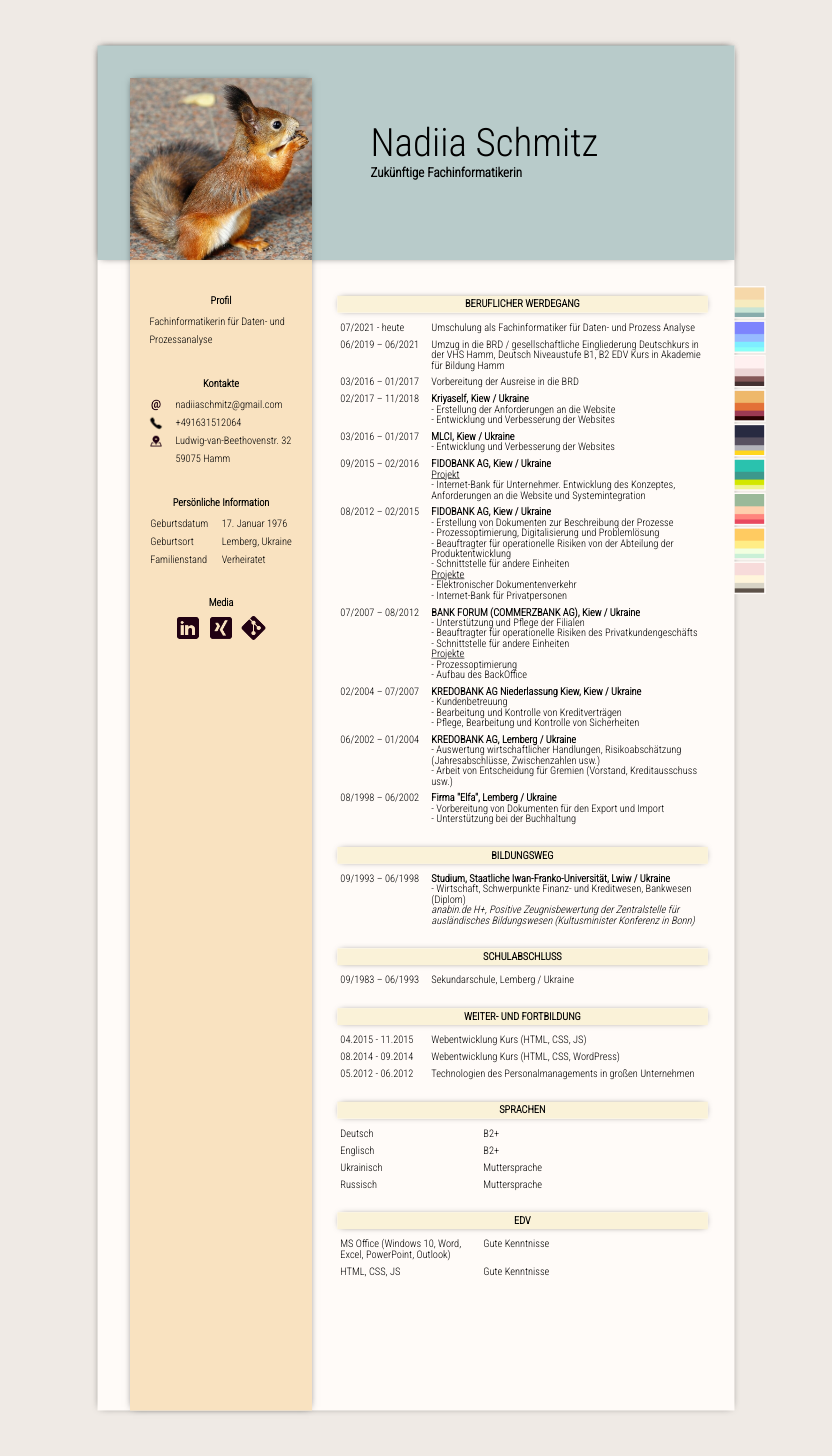
Repository: NadiaSchmitz/lebenslauf.nschmitz.githab.io
Page: index.html
The author's editor kept a record of every edit. The page is drawn from the files as they stood at one moment, then again after the next edit.
The browser window is 1280 px wide. The pictures show the whole page, at 65% of full size.

Above is the page before.

### index.html
<!DOCTYPE html>
<html>

<head>
  <meta charset="utf-8" />
  <title>Lebenslauf Nadiia Schmitz</title>
  <link rel="stylesheet" href="./styles/reset.css" type="text/css" />
  <link rel="stylesheet" href="./styles/style.css" type="text/css" />
  <link rel="stylesheet" href="./styles/icons.css" type="text/css" />
  <meta name="viewport" content="width=device-width, initial-scale=1.0">
  <link rel="preconnect" href="https://fonts.googleapis.com">
  <link rel="preconnect" href="https://fonts.gstatic.com" crossorigin>
  <link href="https://fonts.googleapis.com/css2?family=Roboto+Condensed:wght@300&display=swap" rel="stylesheet">
  <link rel="shortcut icon" href="images/favicon.png" type="image/x-icon">
  <script src="https://ajax.googleapis.com/ajax/libs/jquery/2.2.0/jquery.min.js"></script>
  <script type="text/javascript" src="./js/colors.js"></script>
</head>

<body>
  <section class="wrapper">
    <section class="inner_wrapper">
      <div class="content_wrapper">
        <header class="header">
          <div class="header_text">
            <h1>Nadiia Schmitz</h1>
            <h2>Zukünftige Fachinformatikerin</h2>
          </div>
        </header>
        <div class="color_schema_buttons_wrapper">
          <div id="pistachios" class="color_schema_button pistachios" title="pistachios"></div>
          <div id="sea" class="color_schema_button sea" title="sea"></div>
          <div id="cappuchino" class="color_schema_button cappuchino" title="cappuchino"></div>
          <div id="autumn" class="color_schema_button autumn" title="autumn"></div>
          <div id="bvb" class="color_schema_button bvb" title="bvb"></div>
          <div id="lime" class="color_schema_button lime" title="lime"></div>
          <div id="summer" class="color_schema_button summer" title="summer"></div>
          <div id="sun" class="color_schema_button sun" title="sun"></div>
          <div id="pastel" class="color_schema_button pastel" title="pastel"></div>
        </div>
        <div class="lebenslauf_wrapper">
          <div class="sidebar sidebar_left">
            <div class="sidebar_foto"></div>
            <div class="sidebar_content">
              <div class="sidebar_content_item profile">
                <h3>Profil</h3>
                <table>
                  <tr>
                    <td col="2">Fachinformatikerin für Daten- und Prozessanalyse</td>
                  </tr>
                </table>
              </div>
              <div class="sidebar_content_item contacts">
                <h3>Kontakte</h3>
                <table>
                  <tr>
                    <td>
                      <span class="sidebar_content_item_icon contacts_email"></span>
                    </td>
                    <td>nadiiaschmitz@gmail.com</td>
                  </tr>
                  <tr>
                    <td>
                      <span class="sidebar_content_item_icon contacts_phone"></span>
                    </td>
                    <td>+491631512064</td>
                  </tr>
                  <tr>
                    <td>
                      <span class="sidebar_content_item_icon contacts_adress"></span>
                    </td>
                    <td>Ludwig-van-Beethovenstr. 32 59075 Hamm</td>
                  </tr>
                </table>
              </div>
              <div class="sidebar_content_item personal">
                <h3>Persönliche Information</h3>
                <table>
                  <tr>
                    <td>Geburtsdatum</td>
                    <td>17. Januar 1976</td>
                  </tr>
                  <tr>
                    <td>Geburtsort</td>
                    <td>Lemberg, Ukraine</td>
                  </tr>
                  <tr>
                    <td>Familienstand</td>
                    <td>Verheiratet</td>
                  </tr>
                </table>
              </div>
              <div class="sidebar_content_item social">
                <h3>Media</h3>
                <table>
                  <tr>
                    <td><a href="https://www.linkedin.com/in/nadiia-schmitz-93491722" class="linkedin" target="_blank"></a></td>
                    <td><a href="https://www.xing.com/profile/Nadiia_Schmitz3" class="xing" target="_blank"></a></td>
                    <td><a href="https://github.com/NadiaSchmitz" class="git" target="_blank"></a></td>
                  </tr>
                </table>
              </div>
            </div>
          </div>
          <div class="sidebar sidebar_right">
            <div class="sidebar_right_content">
              <div class="sidebar_right_content_item">
                <h4>BERUFLICHER WERDEGANG</h4>
                <table>
                  <tr>
                    <td>07/2021 - heute</td>
                    <td>Umschulung als Fachinformatiker für Daten- und Prozess Analyse</td>
                  </tr>
                  <tr>
                    <td>06/2019 – 06/2021</td>
                    <td>Umzug in die BRD / gesellschaftliche Eingliederung Deutschkurs in der VHS Hamm, Deutsch Niveaustufe B1, B2 EDV Kurs in Akademie für Bildung Hamm
                    </td>
                  </tr>
                  <tr>
                    <td>03/2016 – 01/2017</td>
                    <td>Vorbereitung der Ausreise in die BRD</td>
                  </tr>
                  <tr>
                    <td>02/2017 – 11/2018</td>
                    <td>
                      <span class="employer">Kriyaself, Kiew / Ukraine</span>
                      <ul>
                        <li>- Erstellung der Anforderungen an die Website</li>
                        <li>- Entwicklung und Verbesserung der Websites</li>
                      </ul>
                    </td>
                  </tr>
                  <tr>
                    <td>03/2016 – 01/2017</td>
                    <td>
                      <span class="employer">MLCI, Kiew / Ukraine</span>
                      <ul>
                        <li>- Entwicklung und Verbesserung der Websites</li>
                      </ul>
                    </td>
                  </tr>
                  <tr>
                    <td>09/2015 – 02/2016</td>
                    <td>
                      <span class="employer">FIDOBANK AG, Kiew / Ukraine</span>
                      <ul>
                        <span class="project">Projekt</span>
                        <li>- Internet-Bank für Unternehmer. Entwicklung des Konzeptes, Anforderungen an die Website und Systemintegration</li>
                      </ul>
                    </td>
                  </tr>
                  <tr>
                    <td>08/2012 – 02/2015</td>
                    <td>
                      <span class="employer">FIDOBANK AG, Kiew / Ukraine</span>
                      <ul>
                        <li>-	Erstellung von Dokumenten zur Beschreibung der Prozesse</li>
                        <li>-	Prozessoptimierung, Digitalisierung und Problemlösung</li>
                        <li>-	Beauftragter für operationelle Risiken von der Abteilung der Produktentwicklung </li>
                        <li>-	Schnittstelle für andere Einheiten</li>
                        <span class="project">Projekte</span>
                        <li>-	Elektronischer Dokumentenverkehr</li>
                        <li>-	Internet-Bank für Privatpersonen</li>
                      </ul>
                    </td>
                  </tr>
                  <tr>
                    <td>07/2007 – 08/2012</td>
                    <td>
                      <span class="employer">BANK FORUM (COMMERZBANK AG), Kiew / Ukraine</span>
                      <ul>
                        <li>-	Unterstützung und Pflege der Filialen</li>
                        <li>-	Beauftragter für operationelle Risiken des Privatkundengeschäfts</li>
                        <li>-	Schnittstelle für andere Einheiten  </li>
                        <span class="project">Projekte</span>
                        <li>-	Prozessoptimierung</li>
                        <li>-	Aufbau des BackOffice</li>
                      </ul>
                    </td>
                  </tr>
                  <tr>
                    <td>02/2004 – 07/2007</td>
                    <td>
                      <span class="employer">KREDOBANK AG Niederlassung Kiew, Kiew / Ukraine</span>
                      <ul>
                        <li>-	Kundenbetreuung</li>
                        <li>-	Bearbeitung und Kontrolle von Kreditverträgen</li>
                        <li>-	Pflege, Bearbeitung und Kontrolle von Sicherheiten</li>
                      </ul>
                    </td>
                  </tr>
                  <tr>
                    <td>06/2002 – 01/2004</td>
                    <td>
                      <span class="employer">KREDOBANK AG, Lemberg / Ukraine</span>
                      <ul>
                        <li>-	Auswertung wirtschaftlicher Handlungen, Risikoabschätzung (Jahresabschlüsse, Zwischenzahlen usw.)</li>
                        <li>-	Arbeit von Entscheidung für Gremien (Vorstand, Kreditausschuss usw.)</li>
                      </ul>
                    </td>
                  </tr>
                  <tr>
                    <td>08/1998 – 06/2002</td>
                    <td>
                      <span class="employer">Firma "Elfa", Lemberg / Ukraine</span>
                      <ul>
                        <li>-	Vorbereitung von Dokumenten für den Export und Import</li>
                        <li>-	Unterstützung bei der Buchhaltung</li>
                      </ul>
                    </td>
                  </tr>
                </table>
              </div>
              <div class="sidebar_right_content_item">
                <h4>BILDUNGSWEG</h4>
                <table>
                  <tr>
                    <td>09/1993 – 06/1998</td>
                    <td>
                      <span class="employer">Studium, Staatliche Iwan-Franko-Universität, Lwiw / Ukraine</span>
                      <ul>
                        <li>- Wirtschaft, Schwerpunkte Finanz- und Kreditwesen, Bankwesen (Diplom)</li>
                        <li class="addition">anabin.de H+, Positive Zeugnisbewertung der Zentralstelle für ausländisches Bildungswesen (Kultusminister Konferenz in Bonn)</li>
                      </ul>
                    </td>
                  </tr>
                </table>
              </div>
              <div class="sidebar_right_content_item">
                <h4>SCHULABSCHLUSS</h4>
                <table>
                  <tr>
                    <td>09/1983 – 06/1993</td>
                    <td>Sekundarschule, Lemberg / Ukraine</td>
                  </tr>
                </table>
              </div>
              <div class="sidebar_right_content_item">
                <h4>WEITER- UND FORTBILDUNG</h4>
                <table>
                  <tr>
                    <td>04.2015 - 11.2015</td>
                    <td>Webentwicklung Kurs (HTML, CSS, JS)</td>
                  </tr>
                  <tr>
                    <td>08.2014 - 09.2014</td>
                    <td>Webentwicklung Kurs (HTML, CSS, WordPress)</td>
                  </tr>
                  <tr>
                    <td>05.2012 - 06.2012</td>
                    <td>Technologien des Personalmanagements in großen Unternehmen</td>
                  </tr>
                </table>
              </div>
              <div class="sidebar_right_content_item lang">
                <h4>SPRACHEN</h4>
                <table>
                  <tr>
                    <td>Deutsch</td>
                    <td>B2+</td>
                  </tr>
                  <tr>
                    <td>Englisch</td>
                    <td>B2+</td>
                  </tr>
                  <tr>
                    <td>Ukrainisch</td>
                    <td>Muttersprache</td>
                  </tr>
                  <tr>
                    <td>Russisch</td>
                    <td>Muttersprache</td>
                  </tr>
                </table>
              </div>
              <div class="sidebar_right_content_item edv">
                <h4>EDV</h4>
                <table>
                  <tr>
                    <td>MS Office (Windows 10, Word, Excel, PowerPoint, Outlook)</td>
                    <td>Gute Kenntnisse</td>
                  </tr>
                  <tr>
                    <td>HTML, CSS, JS</td>
                    <td>Gute Kenntnisse</td>
                  </tr>
                </table>
              </div>
            </div>
          </div>
        </div>
      </div>
    </section>
  </section>
</body>

</html>

### styles/reset.css
html, body, div, span, applet, object, iframe,
h1, h2, h3, h4, h5, h6, p, blockquote, pre,
a, abbr, acronym, address, big, cite, code,
del, dfn, em, img, ins, kbd, q, s, samp,
small, strike, strong, sub, sup, tt, var,
b, u, i, center,
dl, dt, dd, ol, ul, li,
fieldset, form, label, legend,
table, caption, tbody, tfoot, thead, tr, th, td,
article, aside, canvas, details, embed,
figure, figcaption, footer, header, hgroup,
menu, nav, output, ruby, section, summary,
time, mark, audio, video {
	margin: 0;
	padding: 0;
	box-sizing: border-box;
	border: 0;
	font-size: 100%;
	font: inherit;
	vertical-align: baseline;
}
/* HTML5 display-role reset for older browsers */
article, aside, details, figcaption, figure,
footer, header, hgroup, menu, nav, section {
	display: block;
}
body {
	line-height: 1;
}
ol, ul {
	list-style: none;
}
blockquote, q {
	quotes: none;
}
blockquote:before, blockquote:after,
q:before, q:after {
	content: '';
	content: none;
}
table {
	border-collapse: collapse;
	border-spacing: 0;
}

### styles/style.css
html {
  font-family: 'Roboto Condensed', sans-serif;
  background-color: #efeae5;
}

.wrapper {}

.inner_wrapper {
  width: 980px;
  margin: 70px auto;
}

@media only screen and (max-width: 1080px) {
  .inner_wrapper {
    width: 900px;
    margin: 30px auto;
  }
}

@media only screen and (max-width: 900px) {
  .inner_wrapper {
    width: 100%;
    margin: 0;
  }
}

.content_wrapper {
  position: relative;
  background-color: #fffbf8;
  -webkit-box-shadow: 0px 0px 12px -5px rgba(0, 0, 0, 0.75);
  -moz-box-shadow: 0px 0px 12px -5px rgba(0, 0, 0, 0.75);
  box-shadow: 0px 0px 12px -5px rgba(0, 0, 0, 0.75);
}

.header {
  height: 330px;
  background-color: rgb(135 170 170 / 59%);
  -webkit-box-shadow: 0px 0px 12px -5px rgba(0, 0, 0, 0.75);
  -moz-box-shadow: 0px 0px 12px -5px rgba(0, 0, 0, 0.75);
  box-shadow: 0px 0px 12px -5px rgba(0, 0, 0, 0.75);
}

@media only screen and (max-width: 1080px) {
  .header {
    height: 280px;
  }
}

@media only screen and (max-width: 900px) {
  .header {
    height: 580px;
    padding: 60px 0 0 0;
  }
}

@media only screen and (max-width: 480px) {
  .header {
    padding: 70px 0 0 0;
  }
}

.header_text {
  margin: 0 0 0 420px;
  padding: 120px 0 0 0;
}

@media only screen and (max-width: 1080px) {
  .header_text {
    margin: 0 0 0 380px;
    padding: 100px 0 0 0;
  }
}

@media only screen and (max-width: 900px) {
  .header_text {
    text-align: center;
    margin: 0;
    padding: 0;
  }
}

h1 {
  color: #000000;
  font-size: 60px;
  margin: 0 0 5px 0;
}

@media only screen and (max-width: 900px) {
  h1 {
    font-size: 50px;
  }
}

@media only screen and (max-width: 480px) {
  h1 {
    font-size: 36px;
    font-weight: 700;
  }
}

h2 {
  color: #000000;
  font-size: 20px;
  font-weight: 600;
}

@media only screen and (max-width: 480px) {
  h2 {
    font-size: 16px;
  }
}

.sidebar {
  display: inline-block;
  vertical-align: top;
}

@media only screen and (max-width: 900px) {
  .lebenslauf_wrapper {
    padding: 0 30px 30px 30px;
  }
}

@media only screen and (max-width: 480px) {
  .lebenslauf_wrapper {
    padding: 0 15px 15px 15px;
  }
}

@media only screen and (max-width: 360px) {
  .lebenslauf_wrapper {
    padding: 0 10px 10px 10px;
  }
}

.sidebar_left {
  width: 280px;
  height: 2050px;
  background-color: rgb(246 215 167 / 68%);
  -webkit-box-shadow: 0px 0px 12px -5px rgba(0, 0, 0, 0.75);
  -moz-box-shadow: 0px 0px 12px -5px rgba(0, 0, 0, 0.75);
  box-shadow: 0px 0px 12px -5px rgba(0, 0, 0, 0.75);
  margin: -280px 0 0 50px;
}

@media only screen and (max-width: 1080px) {
  .sidebar_left {
    width: 250px;
    margin: -250px 0 0 30px;
  }
}

@media only screen and (max-width: 900px) {
  .sidebar_left {
    width: 100%;
    height: auto;
    margin: -380px 0 0 0;
  }
}

.sidebar_foto {
  width: 280px;
  height: 280px;
  background-image: url(../images/foto.jpg);
  background-position: 50%;
  background-size: cover;
}

@media only screen and (max-width: 1080px) {
  .sidebar_foto {
    width: 250px;
    height: 250px;
  }
}

@media only screen and (max-width: 900px) {
  .sidebar_foto {
    width: 350px;
    height: 350px;
    margin: 30px auto 0;
  }
}

@media only screen and (max-width: 480px) {
  .sidebar_foto {
    width: 320px;
    height: 320px;
  }
}

@media only screen and (max-width: 360px) {
  .sidebar_foto {
    width: 100%;
  }
}

.sidebar_content {
  padding: 55px 30px 30px 30px;
}

@media only screen and (max-width: 1080px) {
  .sidebar_content {
    padding: 45px 20px 20px 20px;
  }
}

@media only screen and (max-width: 900px) {
  .sidebar_content {
    padding: 50px 20px 20px 20px;
  }
}

@media only screen and (max-width: 480px) {
  .sidebar_content {
    padding: 80px 20px 20px 20px;
  }
}

.sidebar_content_item {
  margin: 0 0 30px 0;
  padding: 0 0 15px 0;
}

.sidebar_content_item:last-of-type {
  border-bottom: 1px solid transparent;
  margin: 0;
}

h3 {
  color: #000000;
  font-size: 16px;
  font-weight: 600;
  text-align: center;
  margin: 0 0 10px 0;
}

.sidebar_content_item table {
  margin: 0 auto;
}

.sidebar_content_item table td {
  height: 28px;
  font-size: 16px;
  line-height: 28px;
}

@media only screen and (max-width: 360px) {
  .sidebar_content_item table td {
    font-size: 14px;
  }
}

.profile table td {
  width: 100%;
}

.contacts table td:nth-of-type(1) {
  width: 40px;
}

.personal table td:nth-of-type(1) {
  width: 110px;
}

.social table {
  margin: 0 auto;
}

.social table td {
  width: 33%;
  padding: 0 5px 0 5px;
}

.social table td a {
  display: inline-block;
  width: 40px;
  height: 40px;
  background-size: contain;
  background-position: 50%;
  cursor: pointer;
}

.sidebar_content_item_icon {
  display: inline-block;
  vertical-align: middle;
  width: 20px;
  height: 20px;
  background-size: contain;
  background-position: 50%;
}

.sidebar_right {
  width: calc(100% - 280px - 60px);
  padding: 55px 35px 35px 35px;
}

@media only screen and (max-width: 1080px) {
  .sidebar_right {
    width: calc(100% - 250px - 35px);
    padding: 40px 75px 20px 20px;
  }
}

@media only screen and (max-width: 900px) {
  .sidebar_right {
    width: 100%;
    padding: 40px 20px 50px 20px;
  }
}

@media only screen and (max-width: 480px) {
  .sidebar_right {
    width: 100%;
    padding: 60px 0 50px 0;
  }
}

.sidebar_right_content_item {
  margin: 0 0 30px 0;
}

.sidebar_right_content_item h4 {
  color: #000000;
  font-size: 16px;
  font-weight: 600;
  text-align: center;
  background-color: rgb(246 234 190 / 54%);
  -webkit-box-shadow: 0px 0px 12px -5px rgba(0, 0, 0, 0.75);
  -moz-box-shadow: 0px 0px 12px -5px rgba(0, 0, 0, 0.75);
  box-shadow: 0px 0px 12px -5px rgba(0, 0, 0, 0.75);
  margin: 0 0 10px 0;
  padding: 5px;
}

.sidebar_right_content_item table tr td {
  font-size: 16px;
  padding: 5px;
}

.sidebar_right_content_item .employer {
  font-weight: 700;
}

.sidebar_right_content_item .project {
  text-decoration: underline;
}

.sidebar_right_content_item .addition {
  font-style: italic;
}

@media only screen and (max-width: 360px) {
  .sidebar_right_content_item table tr td {
    font-size: 14px;
  }
}

.sidebar_right_content_item table tr td:nth-of-type(1) {
  width: 140px;
}

@media only screen and (max-width: 360px) {
  .sidebar_right_content_item table tr td:nth-of-type(1) {
    width: 120px;
  }
}

.edv {
  width: 100%;
}

.lang table tr td:nth-of-type(1),
.edv table tr td:nth-of-type(1) {
  width: 220px;
}

@media only screen and (max-width: 360px) {
  .lang table tr td:nth-of-type(1),
  .edv table tr td:nth-of-type(1) {
    width: 170px;
  }
}

.color_schema_buttons_wrapper {
  position: absolute;
  right: -48px;
  top: 370px;
}

@media only screen and (max-width: 1080px) {
  .color_schema_buttons_wrapper {
    right: 0;
    top: 282px;
  }
}

@media only screen and (max-width: 900px) {
  .color_schema_buttons_wrapper {
    right: 0;
    top: 600px;
  }
}

@media only screen and (max-width: 360px) {
  .color_schema_buttons_wrapper {
    display: none;
  }
}

.color_schema_button {
  width: 50px;
  height: 50px;
  background-position: 50%;
  background-size: contain;
  border: 2px solid #fffbf8;
  margin: 0 0 3px 0;
}

@media only screen and (max-width: 1080px) {
  .color_schema_button {
    width: 40px;
    height: 40px;
  }
}

.pistachios {
  background-image: url(../images/pistachios.png);
}

.sea {
  background-image: url(../images/sea.png);
}

.cappuchino {
  background-image: url(../images/cappuchino.png);
}

.autumn {
  background-image: url(../images/autumn.png);
}

.bvb {
  background-image: url(../images/bvb.png);
}

.lime {
  background-image: url(../images/lime.png);
}

.summer {
  background-image: url(../images/summer.png);
}

.sun {
  background-image: url(../images/sun.png);
}

.pastel {
  background-image: url(../images/pastel.png);
}

Loaded but not shown: styles/icons.css (library); js/colors.js (82 lines, source omitted)

After the next edit:
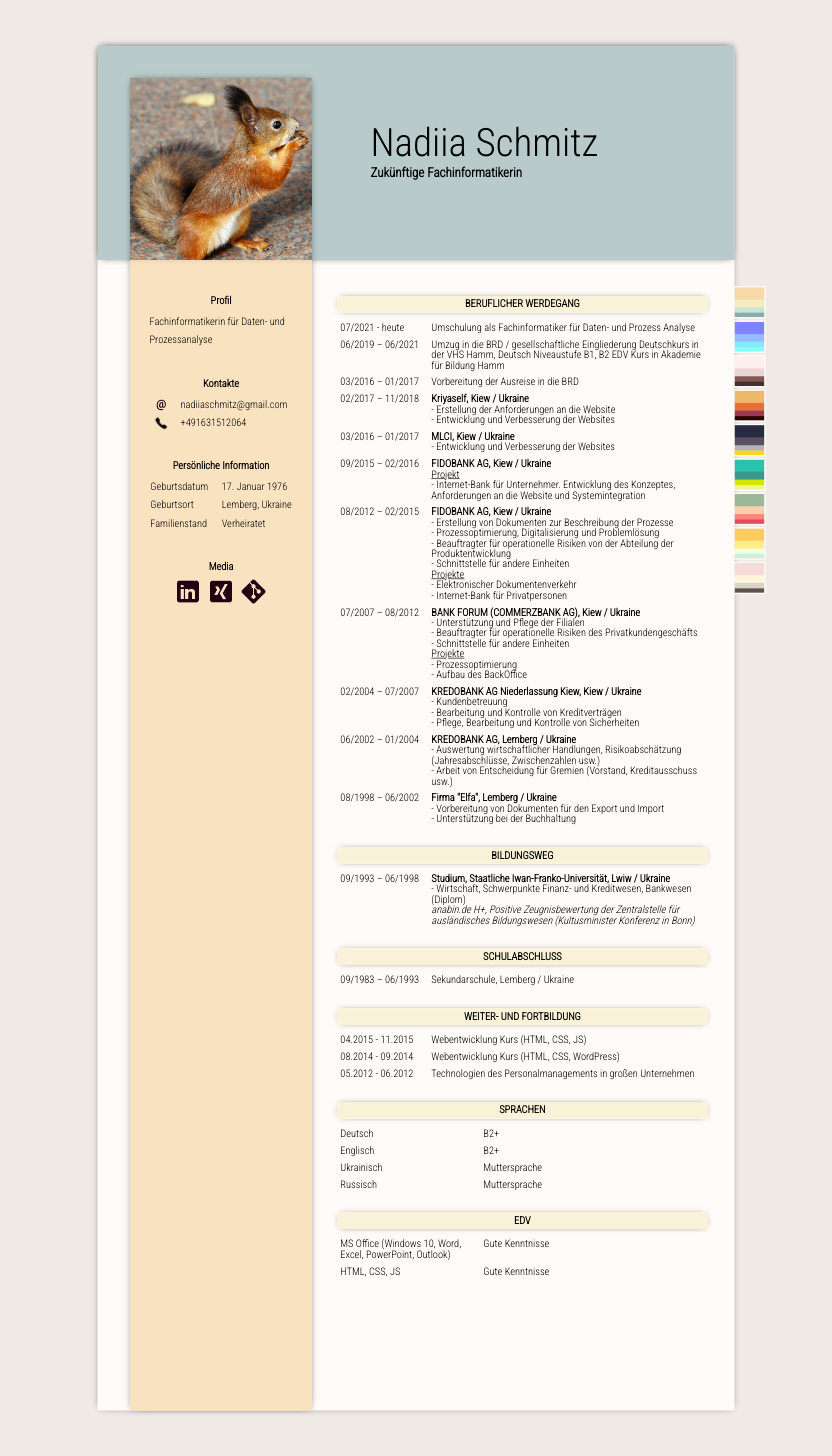
The edit:
--- a/index.html
+++ b/index.html
@@ -64,12 +64,6 @@
                     </td>
                     <td>+491631512064</td>
                   </tr>
-                  <tr>
-                    <td>
-                      <span class="sidebar_content_item_icon contacts_adress"></span>
-                    </td>
-                    <td>Ludwig-van-Beethovenstr. 32 59075 Hamm</td>
-                  </tr>
                 </table>
               </div>
               <div class="sidebar_content_item personal">
